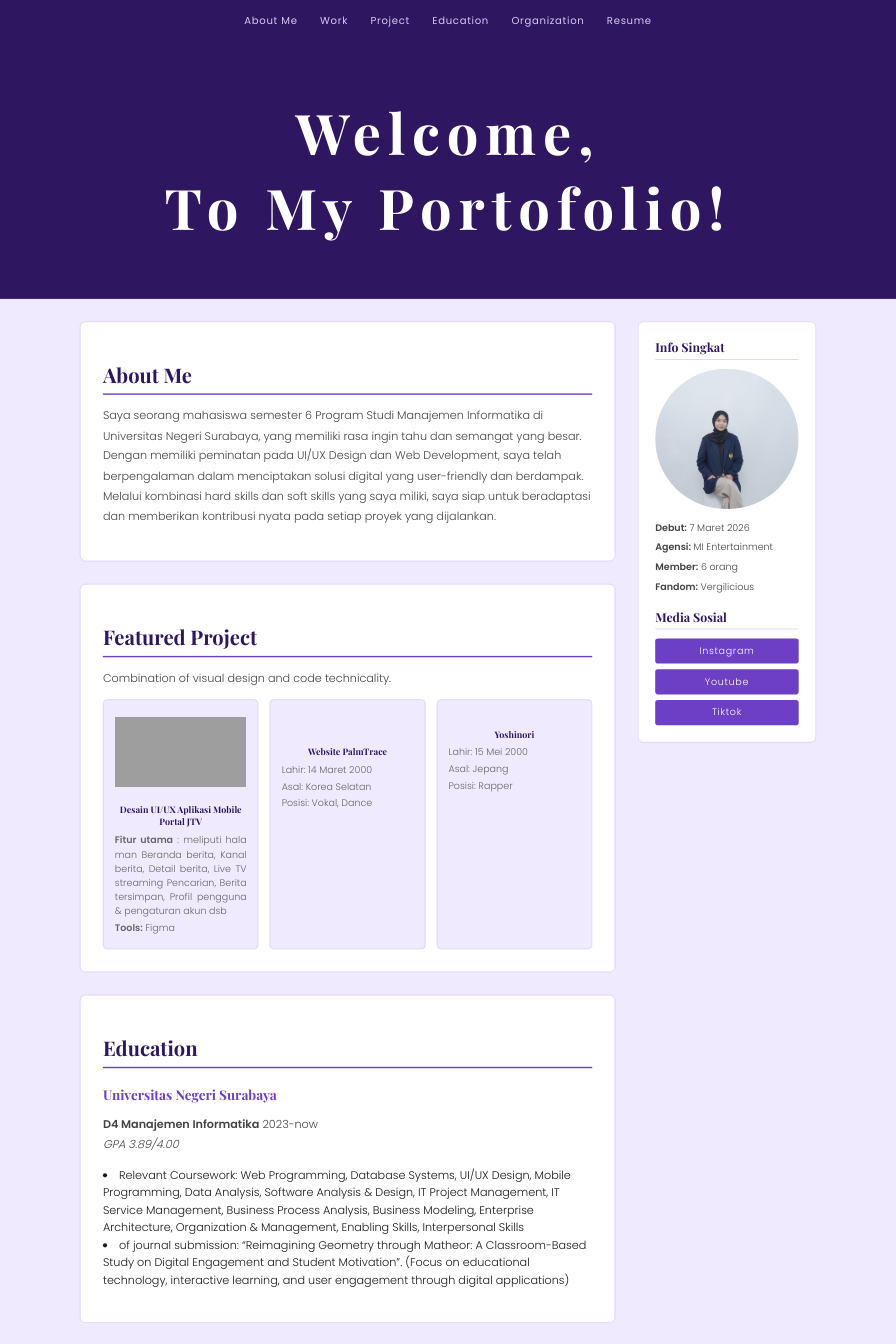
Repository: VergiMutiaRahmasyani/Website-Portofolio
Page: index.html
An editor plug-in stored every save of this project. The page is shown before and after a run of saves, followed by the edit.
The browser window is 1280 px wide. The pictures show the part of the page from y = 0 to 1920 px (the page is 2745 px tall), at 70% of full size.
Pictures or frames that could not be fetched are drawn as grey boxes.

Above is the page before, as saved 2026-03-07 14:11:29.

### index.html
<!DOCTYPE html>
<html>
    <head>
        <meta charset="utf-8" />
        <meta name="viewport" content="width=device-width, initial-scale=1.0" />
        <title>Portofolio Vergi</title>

        <!-- My Own CSS -->
        <link rel="stylesheet" href="css/style.css" />

        <!-- Google Fonts -->
        <link rel="preconnect" href="https://fonts.googleapis.com">
        <link rel="preconnect" href="https://fonts.gstatic.com" crossorigin>
        <link href="https://fonts.googleapis.com/css2?family=Playfair+Display:wght@400;700&family=Poppins:wght@300;400;600&display=swap" rel="stylesheet">
    </head>

    <body>

        <!-- HEADER -->
        <header class="site-header">

            <!-- NAVBAR -->
            <div class="navbar">
                <nav class="nav-list">
                    <ul>
                        <li><a href="#About">About Me</a></li>
                        <li><a href="#Work">Work</a></li>
                        <li><a href="Project">Project</a></li>
                        <li><a href="#Education">Education</a></li>
                        <li><a href="Organization">Organization</a></li>
                        <li><a href="https://drive.google.com/file/d/13-ep7ykiG-k7d2KfzBZSPx55XoqW1qHe/view?usp=sharing" target="_blank"> Resume</a></li>
                    </ul>
                </nav>
            </div>

            <div class="hero">
                <div class="hero-overlay">
                    <h1>Welcome, <br> To My Portofolio!</h1>
                </div>
            </div>

        </header>

        <!-- MAIN -->
        <main>
            <div class="content-wrapper">
                <div id="content">
                    <article id="About">
                        <h2>About Me</h2>
                        <p>
                            Saya seorang mahasiswa semester 6 Program Studi Manajemen Informatika di Universitas Negeri Surabaya, yang memiliki rasa
                            ingin tahu dan semangat yang besar. Dengan memiliki peminatan pada UI/UX Design dan Web Development,
                            saya telah berpengalaman dalam menciptakan solusi digital yang user-friendly dan berdampak. Melalui
                            kombinasi hard skills dan soft skills yang saya miliki, saya siap untuk beradaptasi dan memberikan kontribusi
                            nyata pada setiap proyek yang dijalankan.
                        </p>
                    </article>

                    <article id="Project">
                        <h2>Featured Project</h2>
                        <p>
                            Combination of visual design and code technicality.
                        </p>

                        <div class="project-list">
                            <div class="project-card">
                                <img src="D:\STUPEN\celerates\SUBMISSION\Web Portofolio\img\portaljtv.png" alt="Portal JTV" class="project-img" />
                                <h3>Desain UI/UX Aplikasi Mobile Portal JTV</h3>
                                <p><strong>Fitur utama</strong> : meliputi halaman Beranda berita, Kanal berita, Detail berita, Live TV streaming
                                    Pencarian, Berita tersimpan, Profil pengguna & pengaturan akun dsb</p>
                                <p><strong>Tools:</strong> Figma</p>
                            </div>
                            <div class="project-card">
                                <img src = "">
                                <h3>Website PalmTrace</h3>
                                <p>Lahir: 14 Maret 2000</p>
                                <p>Asal: Korea Selatan</p>
                                <p>Posisi: Vokal, Dance</p>
                            </div>
                            <div class="project-card">
                                <h3>Yoshinori</h3>
                                <p>Lahir: 15 Mei 2000</p>
                                <p>Asal: Jepang</p>
                                <p>Posisi: Rapper</p>
                            </div>
                        </div>
                    </article>

                    <article >
                        <h2>Education</h2>
                        <h3>Universitas Negeri Surabaya</h3>
                        <p>
                            <strong>D4 Manajemen Informatika</strong>  2023-now
                            <br><em>GPA 3.89/4.00</em>
                            <br>
                        </p>
                        <p>
                            <li> Relevant Coursework: Web Programming, Database Systems, UI/UX Design, Mobile Programming, Data
                                Analysis, Software Analysis & Design, IT Project Management, IT Service Management, Business Process
                                Analysis, Business Modeling, Enterprise Architecture, Organization & Management, Enabling Skills,
                                Interpersonal Skills</li>
                            <li> of journal submission: “Reimagining Geometry through Matheor: A Classroom-Based Study on Digital
                                Engagement and Student Motivation”. (Focus on educational technology, interactive learning, and user
                                engagement through digital applications)</li>
                        </p>
                    </article>

                    <article id="pengalaman">
                        <h2>Experience</h2>
                        <p>
                            Sejak debut, TREASURE telah merilis berbagai album dan single yang sukses di tangga lagu Korea maupun internasional.
                        </p>

                        <h3> Organization </h3>
                        <ul class="pengalaman-list">
                            <li>
                                <strong>HIMAFORTIC Himpunan Mahasiswa Prodi Manajemen Informatika</strong> — Februari 2022
                                <br><em>Kepala Departemen Agama dan Sosial</em>
                                <br>Bertanggung jawab sebagai steering commitee di dalam program kerja dengan menjadi pengarah,
                                pengawas, dan penasihat  pada seluruh sie/peran.
                            </li>
                            <li>
                                <strong>THE SECOND STEP: CHAPTER TWO</strong> — September 2022
                                <br>Lagu Utama: <em>HELLO</em>
                            </li>


                        <h3>Volunteer</h3>
                        <ul class="pengalaman-list">
                            <li>
                                <strong>The First Step: Treasure Effect</strong> — Desember 2020
                                <br>Lagu Utama: <em>MY TREASURE</em>
                            </li>
                    </article>

                </div>

                <!-- ASIDE -->
                <aside>
                    <div class="aside-inner">
                        <h3>Info Singkat</h3>
                        <img src="img/vergi photo.jpeg" alt="Foto Vergi" class="aside-img" />
                        <ul class="aside-info">
                            <li><strong>Debut:</strong> 7 Maret 2026</li>
                            <li><strong>Agensi:</strong> MI Entertainment</li>
                            <li><strong>Member:</strong> 6 orang</li>
                            <li><strong>Fandom:</strong> Vergilicious</li>
                        </ul>

                        <h3>Media Sosial</h3>
                        <ul class="aside-social">
                            <li><a href="https://www.instagram.com/yg_treasure_official/" target="_blank">Instagram</a></li>
                            <li><a href="https://www.youtube.com/@TREASURE" target="_blank">Youtube</a></li>
                            <li><a href="https://tiktok.com/@yg_treasure_tiktok" target="_blank">Tiktok</a></li>
                        </ul>
                    </div>
                </aside>
            </div>

        </main>

        <!-- FOOTER -->
        <footer>
            <p>Website Profil TREASURE &copy;2026 </p>
        </footer>

    </body>
</html>

### css/style.css
*,
*::before,
*::after {
    box-sizing: border-box;
}

/* =====================
   PALET WARNA UNGU
   --ungu-gelap   : #2e1760  (navbar, footer)
   --ungu-utama   : #6c3fc5  (aksen utama)
   --ungu-sedang  : #9b6ee0  (hover, border)
   --ungu-muda    : #d8c8f5  (border ringan)
   --ungu-pucat   : #f0eaff  (background halaman)
   ===================== */

body {
    font-family: 'Poppins', sans-serif;
    font-weight: 300;
    background-color: #f0eaff;
    color: #1a1a1a;
    margin: 0;
}


/* =====================
   HEADER
   ===================== */

header.site-header {
    background-color: #2e1760;
    color: white;
}

/* NAVBAR */
header.site-header .navbar {
    padding: 1rem 2rem;
    position: fixed;
    top: 0;
    left: 0;
    right: 0;
    width: 100%;
    z-index: 999;
    background-color: #2e1760;
}

header.site-header .nav-list ul {
    list-style: none;
    padding: 0;
    margin: 0;

    display: flex;
    justify-content: center;
    gap: 2rem;
}

header.site-header .nav-list li a {
    text-decoration: none;
    color: #d8c8f5;
    font-size: 0.9rem;
    font-weight: 400;
    letter-spacing: 1px;
    transition: color 0.2s ease;
}

header.site-header .nav-list li a:hover {
    color: white;
}

/* HERO */
header.site-header .hero {
    position: relative;
    width: 100%;
    height: 370px;
    overflow: hidden;
    margin-top: 57px;
}

header.site-header .hero .hero-overlay {
    position: absolute;
    inset: 0;
    display: flex;
    align-items: center;
    justify-content: center;
}

header.site-header .hero .hero-overlay h1 {
    font-family: 'Playfair Display', serif;
    font-size: 5rem;
    letter-spacing: 10px;
    color: white;
    margin: 0;
    text-align: center;
}


/* =====================
   MAIN & LAYOUT
   ===================== */

main {
    max-width: 1100px;
    margin-inline: auto;
    padding: 2rem 1.5rem;
}

.content-wrapper {
    display: flex;
    gap: 2rem;
    align-items: flex-start;
}

#content {
    flex: 3;

    display: flex;
    flex-direction: column;
    gap: 2rem;
}


/* =====================
   ARTICLE
   ===================== */

article {
    background-color: white;
    border: 1px solid #d8c8f5;
    border-radius: 8px;
    padding: 2rem;
}

article h2 {
    font-family: 'Playfair Display', serif;
    font-size: 1.8rem;
    margin-bottom: 1rem;
    padding-bottom: 0.5rem;
    border-bottom: 2px solid #6c3fc5;
    color: #2e1760;
}

article h3 {
    font-family: 'Playfair Display', serif;
    font-size: 1.2rem;
    margin-top: 1.5rem;
    margin-bottom: 0.5rem;
    color: #6c3fc5;
}

article p {
    line-height: 1.8;
    margin-bottom: 1rem;
    color: #444;
}


/* =====================
   TABEL INFO
   ===================== */

.info-table {
    width: 100%;
    border-collapse: collapse;
    margin-top: 1.5rem;
}

.info-table th,
.info-table td {
    padding: 0.6rem 1rem;
    text-align: left;
    border-bottom: 1px solid #d8c8f5;
    font-size: 0.95rem;
}

.info-table th {
    width: 35%;
    font-weight: 600;
    color: #2e1760;
    background-color: #f0eaff;
}

.info-table td {
    color: #444;
}


/* =====================
   PROJECT CARDS
   ===================== */

.project-list {
    display: flex;
    flex-wrap: wrap;
    gap: 1rem;
    margin-top: 0.5rem;
}

.project-card {
    flex: 1 1 160px;
    background-color: #f0eaff;
    border: 1px solid #d8c8f5;
    border-radius: 6px;
    padding: 1rem;
}

.project-img {
    width: 100%;
    max-width: 250px;
    height: 100px;
    object-fit:cover;
    object-position: top;
    display: block;
    margin: 0.5rem auto 1rem auto;
    border-radius: 0px;
}

.project-card h3 {
    font-size: 0.8rem;
    margin-top: 0.5;
    margin-bottom: 0.5rem;
    text-align: center;
    color: #2e1760;
}

.project-card p {
    font-size: 0.85rem;
    color: #666;
    margin: 0.2rem 0;
    line-height: 1.5;
    text-align: justify;
    text-justify: inter-word;
    word-break: break-all;
}


/* =====================
   ALBUM LIST
   ===================== */

.pengalaman-list {
    list-style: none;
    padding: 0;
    margin: 0.5rem 0 1rem 0;

    display: flex;
    flex-direction: column;
    gap: 0.6rem;
}

.pengalaman-list li {
    padding: 0.7rem 1rem;
    background-color: #f0eaff;
    border-left: 3px solid #6c3fc5;
    border-radius: 0 4px 4px 0;
    font-size: 0.9rem;
    color: #444;
    line-height: 1.6;
}


/* =====================
   ASIDE
   ===================== */

aside {
    flex: 1;
    position: sticky;
    top: 80px;
}

aside .aside-inner {
    background-color: white;
    border: 1px solid #d8c8f5;
    border-radius: 8px;
    padding: 1.5rem;
}

aside h3 {
    font-family: 'Playfair Display', serif;
    font-size: 1.1rem;
    margin-top: 1.2rem;
    margin-bottom: 0.8rem;
    padding-bottom: 0.4rem;
    border-bottom: 1px solid #d8c8f5;
    color: #2e1760;
}

aside h3:first-child {
    margin-top: 0;
}

.aside-img {
    width: 100%;
    max-width: 250px;
    height: 200px;
    object-fit: cover;
    object-position: center;
    display: block;
    margin: 0.5rem auto 1rem auto;
    border-radius: 100px;
}

.aside-info {
    list-style: none;
    padding: 0;
    margin: 0;

    display: flex;
    flex-direction: column;
    gap: 0.4rem;
}

.aside-info li {
    font-size: 0.85rem;
    color: #444;
    line-height: 1.6;
}

.aside-social {
    list-style: none;
    padding: 0;
    margin: 0;

    display: flex;
    flex-direction: column;
    gap: 0.5rem;
}

.aside-social li a {
    display: block;
    text-align: center;
    padding: 0.5rem;
    background-color: #6c3fc5;
    color: white;
    text-decoration: none;
    border-radius: 4px;
    font-size: 0.85rem;
    letter-spacing: 1px;
    transition: background-color 0.2s ease;
}

.aside-social li a:hover {
    background-color: #9b6ee0;
}


/* =====================
   FOOTER
   ===================== */

footer {
    background-color: #2e1760;
    color: #d8c8f5;
    text-align: center;
    padding: 1.5rem;
    margin-top: 3rem;
    font-size: 0.85rem;
    letter-spacing: 1px;
}


/* =====================
   RESPONSIVE
   ===================== */

@media screen and (max-width: 768px) {
    header.site-header .nav-list ul {
        flex-wrap: wrap;
        justify-content: center;
        gap: 0.8rem;
    }

    .content-wrapper {
        flex-direction: column;
    }

    aside {
        position: static;
        width: 100%;
    }

    .project-card {
        flex: 1 1 130px;
    }
}

After the next 3 saves:
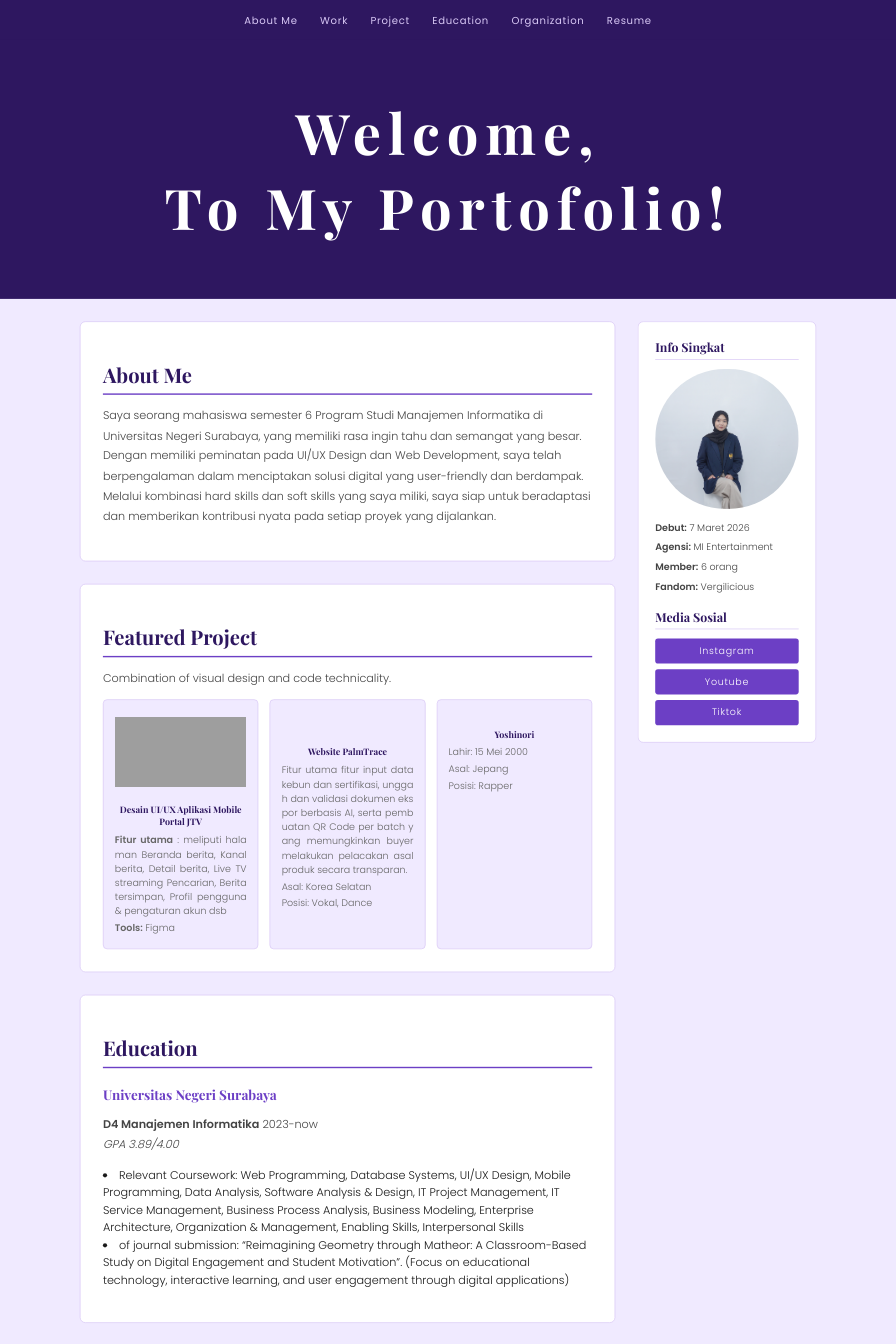
The 3 saves are shown as one change because they came seconds apart.
The last was saved 32 s later.
--- a/index.html
+++ b/index.html
@@ -73,7 +73,9 @@
                             <div class="project-card">
                                 <img src = "">
                                 <h3>Website PalmTrace</h3>
-                                <p>Lahir: 14 Maret 2000</p>
+                                <p>Fitur utama  fitur input data kebun dan sertifikasi, unggah dan validasi dokumen ekspor berbasis
+                                    AI, serta pembuatan QR Code per batch yang memungkinkan buyer melakukan pelacakan asal
+                                    produk secara transparan.</p>
                                 <p>Asal: Korea Selatan</p>
                                 <p>Posisi: Vokal, Dance</p>
                             </div>
